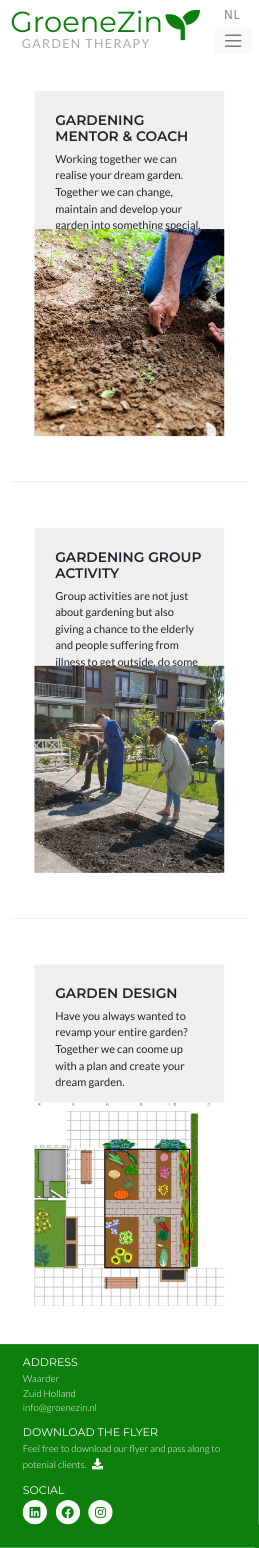
Repository: Sparkplug84/MilestoneProject1
Page: services.html
The author's editor kept a record of every edit. The page is drawn from the files as they stood at one moment, then again after the next edit.
The browser window is 375 px wide. The pictures show the whole page, at 69% of full size.
Some web libraries are served in a nearby version.

Above is the page before.
Console error: TypeError: Cannot read properties of undefined (reading 'fn')

After the next edit:
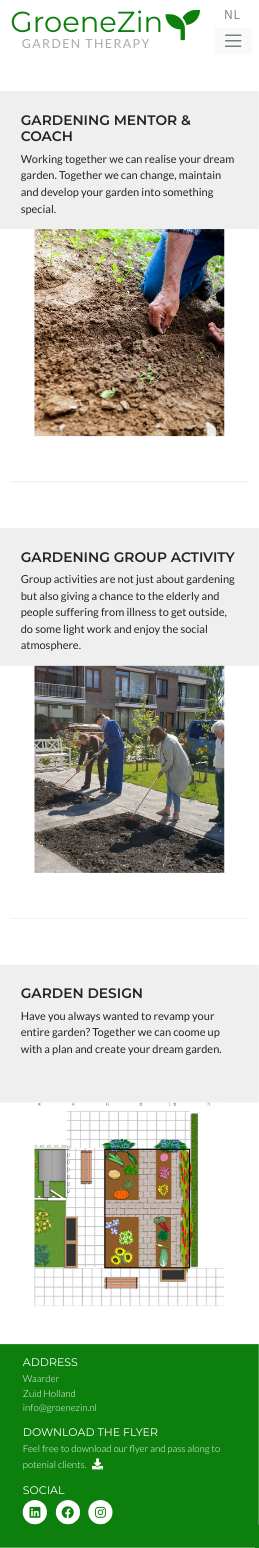
The edit:
--- a/style.css
+++ b/style.css
@@ -441,7 +441,7 @@
 
 @media(max-width: 480px) {
     .services-section {
-        padding: 50px 50px 0px 50px;
+        padding: 50px 0px 0px 0px;
         position: relative;
         bottom: 0;
         margin: 0 auto;
